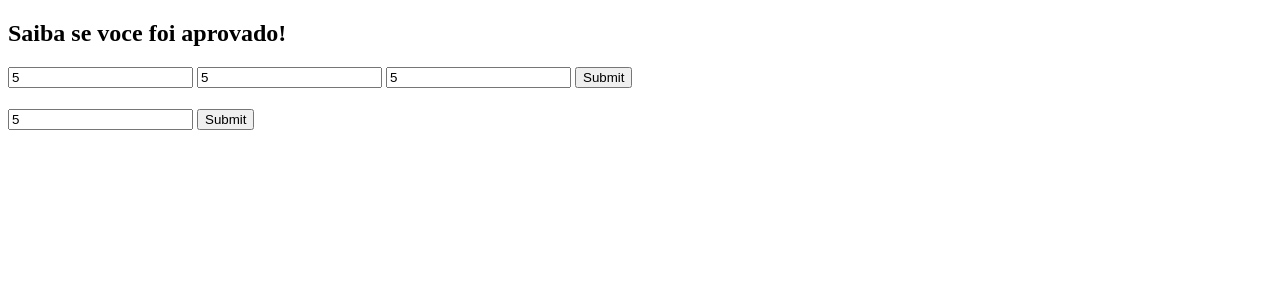
Repository: gimoli/logica1
Page: index.html
The author's editor kept a copy of each file at every save. The page is drawn from the files as they stood at one save, then again after the next save.
The browser window is 1280 px wide. The pictures show the whole page.
Empty fields were first filled with sample values (such as "Sample", 5 or name@example.com).
After loading, the first visible `input[onclick="classificacao()"]` was clicked once.

Above is the page before, as saved 2025-04-30 09:41:28.
Console error: ReferenceError: numer is not defined

After the next save:
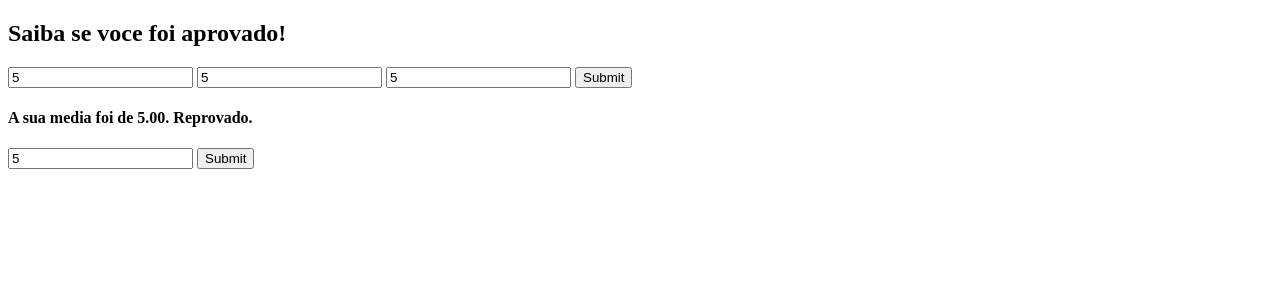
The error is gone.
Saved 6 min 29 s later.
--- a/app.js
+++ b/app.js
@@ -32,7 +32,6 @@
 
 
 
-
 function classificacao() {
     const nota1 = Number(document.getElementById("nota1").value);
     const nota2 = Number(document.getElementById("nota2").value);
@@ -45,15 +44,7 @@ function classificacao() {
         || isNaN(nota1) || isNaN(nota2) || isNaN(nota3)) {
         alert("Digite uma nota válida!");
     } else {
-//   if (media > 7) {
-//        aprovacao = "Aprovado!";
-//    } else {
-//        aprovacao = "Reprovado!";
-//    }
-    aprovacao = media > 7 ? "Aprovado!" : "Reprovado.";
-
-    numer > 0 ? "Positivo" : numero = 0 ? "zero" : "negativo";
-
-    resultadoFinal.innerHTML = `A sua media foi de ${media.toFixed(2)}. ${aprovacao}`
+        aprovacao = media > 7 ? "Aprovado!" : "Reprovado.";
+        resultadoFinal.innerHTML = `A sua media foi de ${media.toFixed(2)}. ${aprovacao}`;
     }
 }
